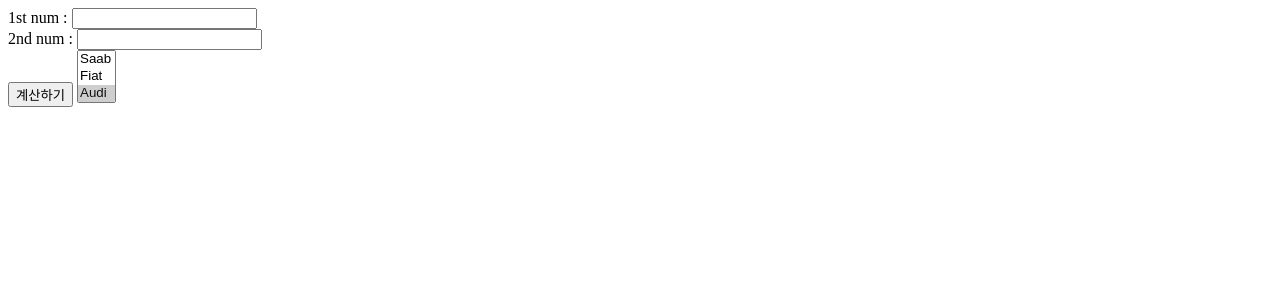
Repository: chuni90/bigdata
Page: http://localhost/tutorial_02/add_3.jsp
These files come from the project's save history. The page is drawn as it stood at one moment and after the next save; the edit follows.
The browser window is 1280 px wide. The pictures show the whole page.
The page is served by Tomcat 9.

Above is the page before, as saved 2019-09-23 07:45:57.

### 2. Java DB/Oracle/tutorial_02/WebContent/add_3.jsp
<%@ page language="java" contentType="text/html; charset=UTF-8"
    pageEncoding="UTF-8"%>


<!DOCTYPE html PUBLIC "-//W3C//DTD HTML 4.01 Transitional//EN" "http://www.w3.org/TR/html4/loose.dtd">
<html>
	<head>
		<meta http-equiv="Content-Type" content="text/html; charset=UTF-8">
		<title>Insert title here</title>
	</head>
	<body>
		<form action = "add_pro.jsp" method = "post"> <!-- method의 default는 get 방식이며, post로 할 경우 URL에서 쿼리가 안 보임-->
			1st num : <input name = "num1" type = "text"/><br>
			2nd num : <input name = "num2" type = "text"/><br>

			<input type = "submit" value = "계산하기"/>

			<select name="cars" size="3">
			    <option value="volvo">Volvo</option>
			    <option value="saab">Saab</option>
			    <option value="fiat">Fiat</option>
			    <option value="audi" selected>Audi</option>
		  	</select>

		</form>

	</body>
</html>

After the next save:
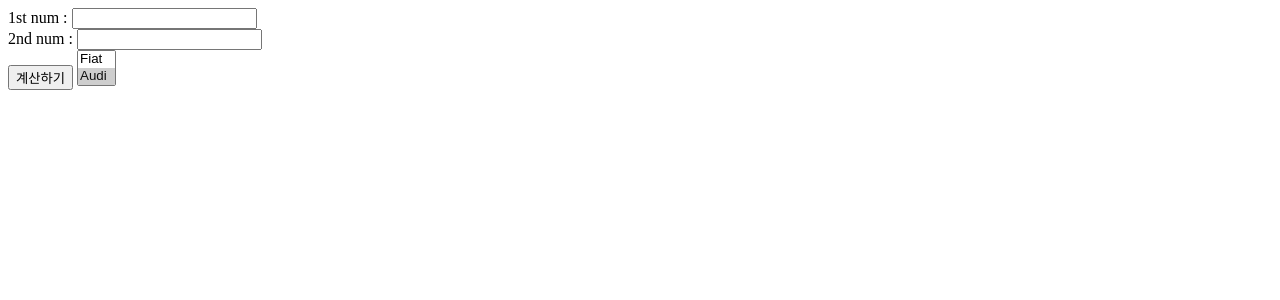
Saved 18 s later.
--- a/2. Java DB/Oracle/tutorial_02/WebContent/add_3.jsp
+++ b/2. Java DB/Oracle/tutorial_02/WebContent/add_3.jsp
@@ -15,7 +15,7 @@
 
 			<input type = "submit" value = "계산하기"/>
 
-			<select name="cars" size="3">
+			<select name="cars" size="2">
 			    <option value="volvo">Volvo</option>
 			    <option value="saab">Saab</option>
 			    <option value="fiat">Fiat</option>
